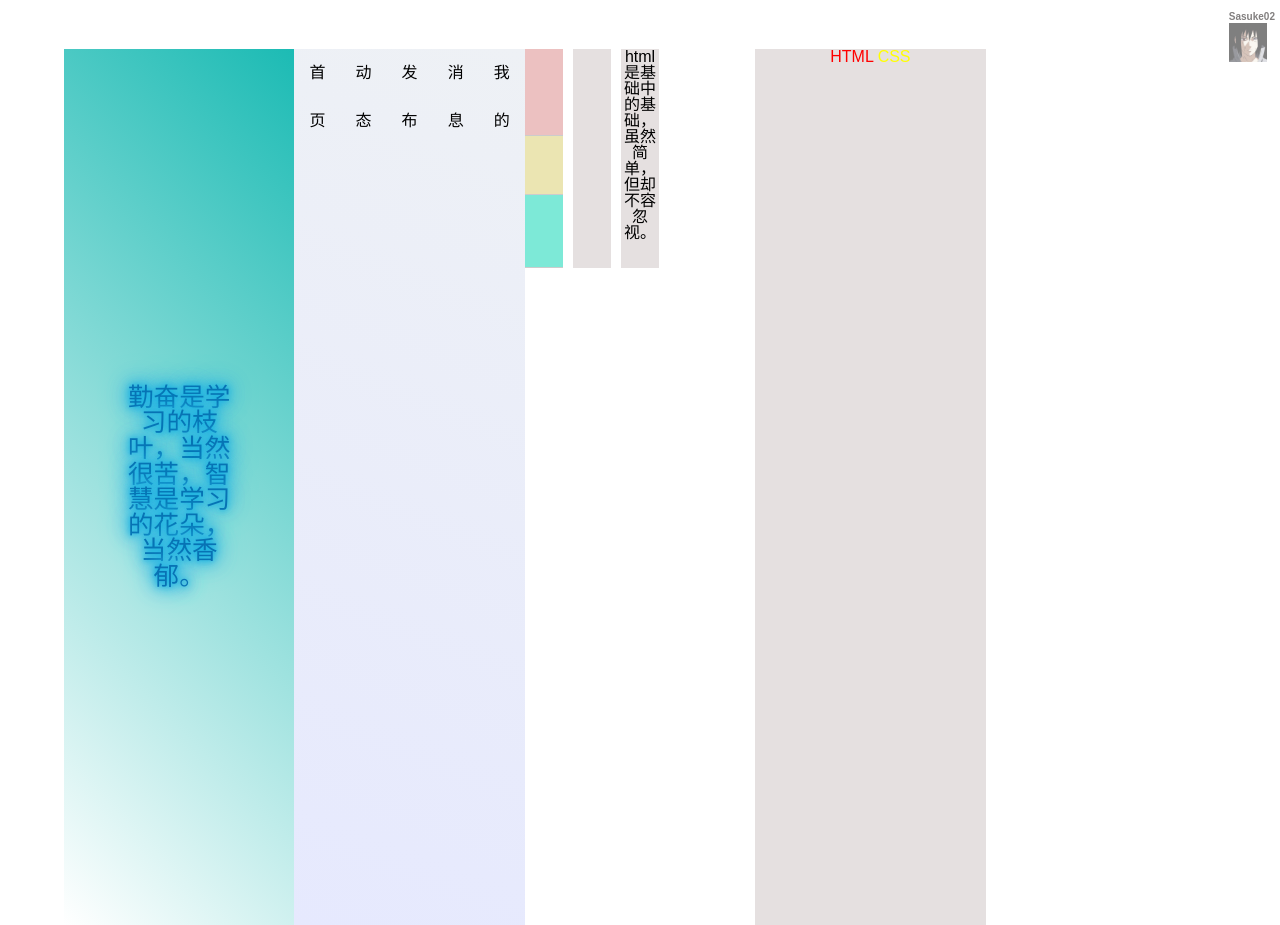
Repository: 8ecomeDreamer/personal_task
Page: labReport/project/src/html/index.html
The author's editor kept a copy of each file at every save. The page is drawn from the files as they stood at one save, then again after the next save.
The browser window is 1280 px wide. The pictures show the whole page.
The style sheet was rebuilt from its Sass, Less or Tailwind sources for each picture, by a compiler version that may differ from the author's.

Above is the page before, as saved 2022-11-29 22:57:38.

### labReport/project/src/html/index.html
<!DOCTYPE html>
<html lang="en">

<head>
    <meta charset="UTF-8">
    <meta http-equiv="X-UA-Compatible" content="IE=edge">
    <meta name="viewport" content="width=device-width, initial-scale=1.0">
    <title>index</title>
    <link rel="stylesheet" href="../css/index.css">
</head>

<body>
    <div class="wrapper">

        <header class="header gray">
            <div class="info">
                <span>Sasuke</span><span>02</span>
                <img src="../../assets/imgs/R-C.jpg">
            </div>
            <div class="text">
                <span>勤奋是学习的枝叶，当然很苦，智慧是学习的花朵，当然香郁。</span>
            </div>

        </header>
        <nav class="nav gray">
            <!-- <a class="a">HTML</a>
            <a class="a">CSS</a>
            <a class="a">HTML5</a>
            <a class="a">CSS3</a>
            <a class="a">表单与语录学习</a> -->
            <ul class="menu">
                <li class="item">
                    <a href="javascript:void(0);" class="link">
                        <i class="fa fa-home" aria-hidden="true"></i>
                        <span>首页</span>

                    </a>
                    <div class="xiala">
                        <a href="# ">语录学习</a>
                        <!-- <a href="# ">Link 2</a>
                        <a href="# ">Link 3</a> -->
                    </div>

                </li>
                <li class="item">
                    <a href="javascript:void(0);" class="link">
                        <i class="fa fa-heart" aria-hidden="true"></i>
                        <span>动态</span>
                    </a>
                </li>
                <li class="item">
                    <a href="javascript:void(0);" class="link">
                        <i class="fa fa-plus-circle" aria-hidden="true"></i>
                        <span>发布</span>
                    </a>
                </li>
                <li class="item">
                    <a href="javascript:void(0);" class="link">
                        <i class="fa fa-bell" aria-hidden="true"></i>
                        <span>消息</span>
                    </a>
                </li>
                <li class="item">
                    <a href="javascript:void(0);" class="link">
                        <i class="fa fa-user" aria-hidden="true"></i>
                        <span>我的</span>
                    </a>
                </li>
            </ul>
        </nav>
        <content class="content">
            <aside class="aside left gray">
                <ul class="ul">
                    <li class="li">
                        <div class="link basic"><i class="fa fa-paint-brush"></i>基础核心<i class="fa fa-chevron-down"></i>
                        </div>
                        <ul class="submenu">
                            <li><a href="#" class="a" onclick="switchLiText(0)">Photoshop</a></li>
                            <li><a href="#" class="a" onclick="switchLiText(1)">HTML</a></li>
                            <li><a href="#" class="a" onclick="switchLiText(2)">CSS</a></li>
                        </ul>
                    </li>
                    <li class="li">
                        <div class="link advanced"><i class="fa fa-code"></i>进阶<i class="fa fa-chevron-down"></i></div>
                        <ul class="submenu">
                            <li><a href="#" class="a" onclick="switchLiText(3)">Javascript</a></li>
                            <li><a href="#" class="a" onclick="switchLiText(4)">JQuery</a></li>
                            <!-- <li><a href="#">Frameworks javascript</a></li> -->
                        </ul>
                    </li>
                    <li class="li">
                        <div class="link reAdvanced"><i class="fa fa-mobile"></i>再进阶<i class="fa fa-chevron-down"></i>
                        </div>
                        <ul class="submenu">
                            <li><a href="#" class="a" onclick="switchLiText(5)">Vue</a></li>
                            <li><a href="#" class="a" onclick="switchLiText(6)">React</a></li>
                            <li><a href="#" class="a" onclick="switchLiText(7)">Angular</a></li>
                        </ul>
                    </li>
                </ul>
            </aside>
            <main class="main gray">
                <!-- <p class="html">HTML的全称为超文本标记语言，是一种标记语言。
                    它包括一系列标签．通过这些标签可以将网络上的文档格式统一，使分散的Internet资源连接为一个逻辑整体。HTML文本是由HTML命令组成的描述性文本，HTML命令可以说明文字，图形、动画、声音、表格、链接等。
                </p> -->
            </main>
            <aside class="aside right gray">
                <p class="p">
                    html是基础中的基础，虽然简单，但却不容忽视。
                </p>

            </aside>
        </content>
        <footer class="footer gray">
            <span style="color: red;">HTML</span>
            <span style="color: yellow;">CSS</span>
            <!-- <span></span>
            <span></span> -->

        </footer>
    </div>
</body>

</html>
<!-- 引入jquery -->
<!-- <script src="../js/jquery.min.js"></script> -->

<script>
    // 声明
    const textMap = {
        Photoshop: 'Adobe Photoshop，简称“PS”，是由Adobe Systems开发和发行的图像处理软件。Photoshop主要处理以像素所构成的数字图像。使用其众多的编修与绘图工具，可以有效地进行图片编辑和创造工作。PS 有很多功能，在图像、图形、文字、视频、出版等各方面都有涉及。',
        HTML: 'HTML的全称为超文本标记语言，是一种标记语言。它包括一系列标签．通过这些标签可以将网络上的文档格式统一，使分散的Internet资源连接为一个逻辑整体。HTML文本是由HTML命令组成的描述性文本，HTML命令可以说明文字，图形、动画、声音、表格、链接等。',
        CSS: '层叠样式表(英文全称：Cascading Style Sheets)是一种用来表现HTML（标准通用标记语言的一个应用）或XML（标准通用标记语言的一个子集）等文件样式的计算机语言。CSS不仅可以静态地修饰网页，还可以配合各种脚本语言动态地对网页各元素进行格式化。',
        Javascript: 'JavaScript（简称“JS”） 是一种具有函数优先的轻量级，解释型或即时编译型的编程语言。虽然它是作为开发Web页面的脚本语言而出名，但是它也被用到了很多非浏览器环境中，JavaScript 基于原型编程、多范式的动态脚本语言，并且支持面向对象、命令式、声明式、函数式编程范式。JavaScript在1995年由Netscape公司的Brendan Eich，在网景导航者浏览器上首次设计实现而成。因为Netscape与Sun合作，Netscape管理层希望它外观看起来像Java，因此取名为JavaScript。但实际上它的语法风格与Self及Scheme较为接近。JavaScript的标准是ECMAScript 。截至 2012 年，所有浏览器都完整的支持ECMAScript 5.1，旧版本的浏览器至少支持ECMAScript 3 标准。2015年6月17日，ECMA国际组织发布了ECMAScript的第六版，该版本正式名称为 ECMAScript 2015，但通常被称为ECMAScript 6 或者ES2015。  ',
        JQuery: 'jQuery是一个快速、简洁的JavaScript框架，是继Prototype之后又一个优秀的JavaScript代码库（框架）于2006年1月由John Resig发布。jQuery设计的宗旨是“write Less，Do More”，即倡导写更少的代码，做更多的事情。它封装JavaScript常用的功能代码，提供一种简便的JavaScript设计模式，优化HTML文档操作、事件处理、动画设计和Ajax交互。jQuery的核心特性可以总结为：具有独特的链式语法和短小清晰的多功能接口；具有高效灵活的CSS选择器，并且可对CSS选择器进行扩展；拥有便捷的插件扩展机制和丰富的插件。jQuery兼容各种主流浏览器，如IE 6.0+、FF 1.5+、Safari 2.0+、Opera 9.0+等。',
        Vue: 'Vue (发音为 /vjuː/，类似 view) 是一款用于构建用户界面的 JavaScript 框架。它基于标准 HTML、CSS 和 JavaScript 构建，并提供了一套声明式的、组件化的编程模型，帮助你高效地开发用户界面。无论是简单还是复杂的界面，Vue 都可以胜任。',
        React: 'React是用于构建用户界面的JavaScript库，起源于Facebook的内部项目，该公司对市场上所有 JavaScript MVC框架都不满意，决定自行开发一套，用于架设Instagram的网站。于2013年5月开源。',
        Angular: `本主题会帮你了解 Angular：什么是 Angular？它有哪些优势？当构建应用时它能为你提供什么帮助？

                Angular 是一个基于 TypeScript 构建的开发平台。它包括：
                一个基于组件的框架，用于构建可伸缩的 Web 应用
                一组完美集成的库，涵盖各种功能，包括路由、表单管理、客户端-服务器通信等
                一套开发工具，可帮助你开发、构建、测试和更新代码

                借助 Angular，无论单人项目还是企业级应用，你都能获得平台带来的优势。Angular 的设计目标之一就是让更新更容易，因此你可以用最小的成本升级到最新的 Angular 版本。最重要的是，Angular 的生态系统由包括 170 万名开发人员、库作者和内容创作者在内的多元团队构成。`
    }

    function switchLiText(no) {
        //  获取a标签的文本内容
        var a=document.getElementsByClassName('a')
        // console.log(a[no].text)
        //  遍历对象textMap找到键值
        let text = null
        for(const key in textMap){
            if(key === a[no].text){
                text = textMap[key]
            }
        }
        // console.log(p)


        // 创建内容插入对应区域
        var wrapper = document.getElementsByClassName('main');
        var p = document.createElement('p');
        var div = document.createElement('div');
        p.innerHTML = text
        div.appendChild(p)
        div.style.cssText="width:80%;"


        // console.log(wrapper[0].children)
        // if(wrapper[0].children.length > 1){
        //     // wrapper.parentNode.removeChild(wrapper)
        //     wrapper[0].children.pop()
        //     // wrapper[0].children.pop()
        // } else {
        //     // wrapper[0].appendChild(p)
        // }
    }

    // 调用
</script>

### labReport/project/src/css/index.less
@import url('../../assets/css/reset.less');

.wrapper {
    width: 90vw;
    height: 90vh;
    padding: 1%;
    // background: yellowgreen;
    margin: 0 auto;
    margin-top: 5vh;
    text-align: center;
    display: grid;
    grid-template-rows: repeat(10,1fr);
    grid-template-columns:  repeat(5,1fr);
    grid-row-gap: 10px;
    .gray{
        background: rgba(170, 153, 153,.3);
    }
    .header,.nav, .content, .footer{
        // width: 100%;

    }
    .header {
        grid-area: 1/1/3/6;
        position: relative;
        background: linear-gradient(45deg, white, #1cbbb4);
        .info{
            // background: black;
            opacity: .5;
            width: 3%;
            // height: 50px;
            position: fixed;
            right: 1%;
            top: 1%;
            color: rgb(7, 1, 0);
            img{
                width: 100%;
                height: 80%;
                object-fit: contain;
            }
            span{
                font-size: 10px;
                font-weight: bold;
            }
        }
        .text{
            position: absolute;
            top: 50%;
            left: 50%;
            transform: translate(-50%,-50%);
            font-size: 1.6rem;
            color: #0872b4;
            animation: shining 5s alternate infinite;
        }
    }
    .nav{
        grid-area: 3/1/4/6;
        background: linear-gradient(200deg,#eef1f5,#e6e9fe);
        .menu{
            /* 设置列表项标记的类型为空 */
            list-style: none;
            /* 弹性布局 */
            display: flex;
            /* 水平居中 */
            justify-content: space-around;
            align-items: center;
            height: 100%;
            .item{
                /* 相对定位 */
                position: relative;
                /* 设置鼠标样式为手 */
                cursor: pointer;
                /* 设置内边距 */
                padding: 0 10px;
                width: 20%;
                height: 100%;
                line-height: 3;
                /* 延迟 */
                transition: all 0.4s ease;
                .link{
                    /* block将此元素设置为块级元素 */
                    display: block;
                    /* 相对定位 */
                    position: relative;
                    width: 100%;
                    // height: 100%;
                    // height: 100px;
                    color: black;
                    /* 取消a标签下划线 */
                    text-decoration: none;
                    /* 溢出隐藏 */
                    overflow: hidden;
                    /* 延迟 */
                    transition: all 0.4s ease;
                    &:hover{
                        background-color: #a38bdb;
                    }
                    &:hover .dropdown-content{
                        // display: block;
                    }
                    // .dropdown-content {
                    //     display: none;
                    //     position: absolute;
                    //     background-color: #f9f9f9;
                    //     min-width: 160px;
                    //     box-shadow: 0px 8px 16px 0px rgba(0,0,0,0.2);
                    // }


                }
                &:hover .xiala {
                    display: block;
                }

            }
            .xiala{
                display: none;
                position: absolute;
                width: 92%;
                background-color: #f9f9f9;
                min-width: 160px;
                box-shadow: 0px 8px 16px 0px rgba(0, 0, 0, 0.2);
                z-index: 100;
                a {
                    color: black;
                    padding: 12px 16px;
                    text-decoration: none;
                    display: block;
                    &:hover {
                        background-color: #f1f1f1;
                    }
                }
            }
        }
    }
    .content{
        // display: grid;
        grid-area: 4/1/9/6;
        display: grid;
        grid-template-rows: repeat(4,1fr);
        grid-template-columns: repeat(5,1fr);
        grid-column-gap: 10px;
        .aside.left{
            grid-area: 1/1/5/2;
            overflow: hidden;
            background: transparent;
            .ul{
                .li{
                    .link {
                        cursor: pointer;
                        display: block;
                        padding: 15px 15px 15px 42px;
                        color: black;
                        font-size: 14px;
                        font-weight: 700;
                        border-bottom: 1px solid #CCC;
                        position: relative;
                        -webkit-transition: all 0.4s ease;
                        -o-transition: all 0.4s ease;
                        transition: all 0.4s ease;

                    }
                    .link:hover {
                        background: black;
                    }
                    .link.basic{
                        background: #ecc1c1;
                    }
                    .link.advanced{
                        background: #ebe5b2;
                    }
                    .link.reAdvanced{
                        background: #7de9d7;
                    }

                    .submenu {
                        display: none;
                        background: white;
                        padding: 4px;
                        font-size: 20px;
                        li{
                            margin-bottom: 10px;
                            &:hover {
                                background: #b63b4d;
                                a{
                                    &:hover{
                                        color: black;
                                        font-size: 25px;
                                        font-weight: bold;
                                    }
                                }
                            }
                        }

                    }
                    &:hover .submenu{
                        display: block;
                    }
                }
            }
        }
        .main{
            grid-area: 1/2/5/5;
            overflow: hidden;
        }
        .aside.right{
            grid-area: 1/5/5/6;
        }
    }
    .footer{
        grid-area: 9/1/11/6;
    }
}

@-webkit-keyframes shining {
    from {
        text-shadow: 0 0 10px lightblue, 0 0 20px lightblue, 0 0 30px lightblue, 0 0 40px skyblue, 0 0 50px skyblue, 0 0 60px skyblue;
    }

    to {
        text-shadow: 0 0 5px rgb(25, 176, 226), 0 0 10px rgb(25, 176, 226), 0 0 15px rgb(25, 176, 226), 0 0 20px rgb(25, 176, 226), 0 0 25px skyblue, 0 0 30px rgb(25, 176, 226);
    }
}

### labReport/project/assets/css/reset.less
html, body, div, span, applet, object, iframe,
h1, h2, h3, h4, h5, h6, p, blockquote, pre,
a, abbr, acronym, address, big, cite, code,
del, dfn, em, img, ins, kbd, q, s, samp,
small, strike, strong, sub, sup, tt, var,
b, u, i, center,
dl, dt, dd, ol, ul, li,
fieldset, form, label, legend,
table, caption, tbody, tfoot, thead, tr, th, td,
article, aside, canvas, details, embed,
figure, figcaption, footer, header, hgroup,
menu, nav, output, ruby, section, summary,
time, mark, audio, video{
  margin: 0;
  padding: 0;
  border: 0;
  font-size: 100%;
  font: inherit;
  font-weight: normal;
  vertical-align: baseline;
}
/* HTML5 display-role reset for older browsers */
article, aside, details, figcaption, figure,
footer, header, hgroup, menu, nav, section{
  display: block;
}
ol, ul, li{
  list-style: none;
}
blockquote, q{
  quotes: none;
}
blockquote:before, blockquote:after,
q:before, q:after{
  content: '';
  content: none;
}
table{
  border-collapse: collapse;
  border-spacing: 0;
}

/* custom */
a{
  color: #7e8c8d;
  text-decoration: none;
  -webkit-backface-visibility: hidden;
}
::-webkit-scrollbar{
  width: 5px;
  height: 5px;
}
::-webkit-scrollbar-track-piece{
  background-color: rgba(0, 0, 0, 0.2);
  -webkit-border-radius: 6px;
}
::-webkit-scrollbar-thumb:vertical{
  height: 5px;
  background-color: rgba(125, 125, 125, 0.7);
  -webkit-border-radius: 6px;
}
::-webkit-scrollbar-thumb:horizontal{
  width: 5px;
  background-color: rgba(125, 125, 125, 0.7);
  -webkit-border-radius: 6px;
}
html, body{
  width: 100%;
  font-family: "Arial", "Microsoft YaHei", "黑体", "宋体", "微软雅黑", sans-serif;
}
body{
  line-height: 1;
  -webkit-text-size-adjust: none;
  -webkit-tap-highlight-color: rgba(0, 0, 0, 0);
}
html{
  overflow-y: scroll;
}

/*清除浮动*/
.clearfix:before,
.clearfix:after{
  content: " ";
  display: inline-block;
  height: 0;
  clear: both;
  visibility: hidden;
}
.clearfix{
  *zoom: 1;
}

/*隐藏*/
.dn{
  display: none;
}

After the next save:
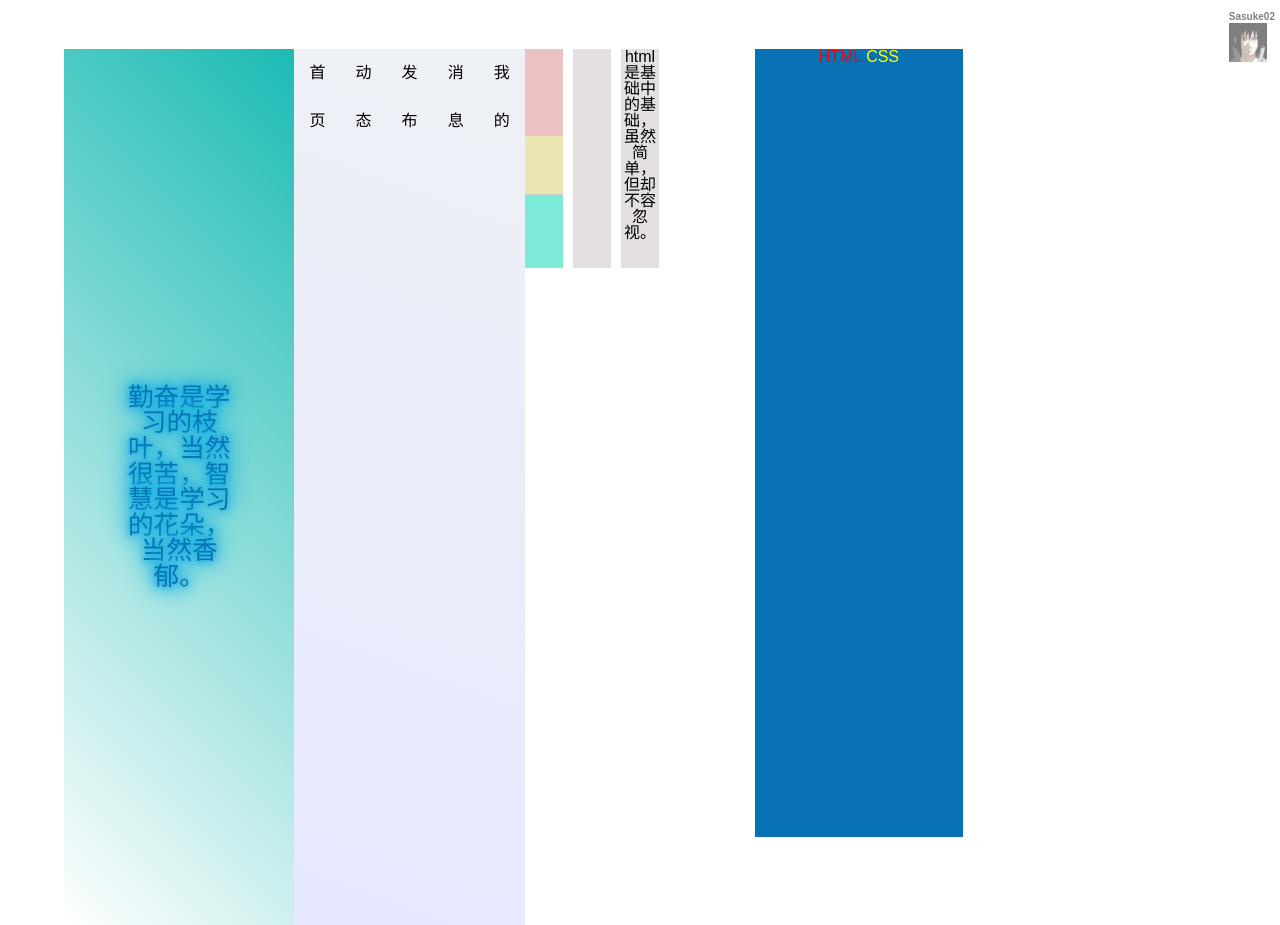
Saved 26 s later.
--- a/labReport/project/src/css/index.less
+++ b/labReport/project/src/css/index.less
@@ -208,6 +208,9 @@
     }
     .footer{
         grid-area: 9/1/11/6;
+        width: 90%;
+        height: 90%;
+        background: #0872b4;
     }
 }
 

After the save that followed:
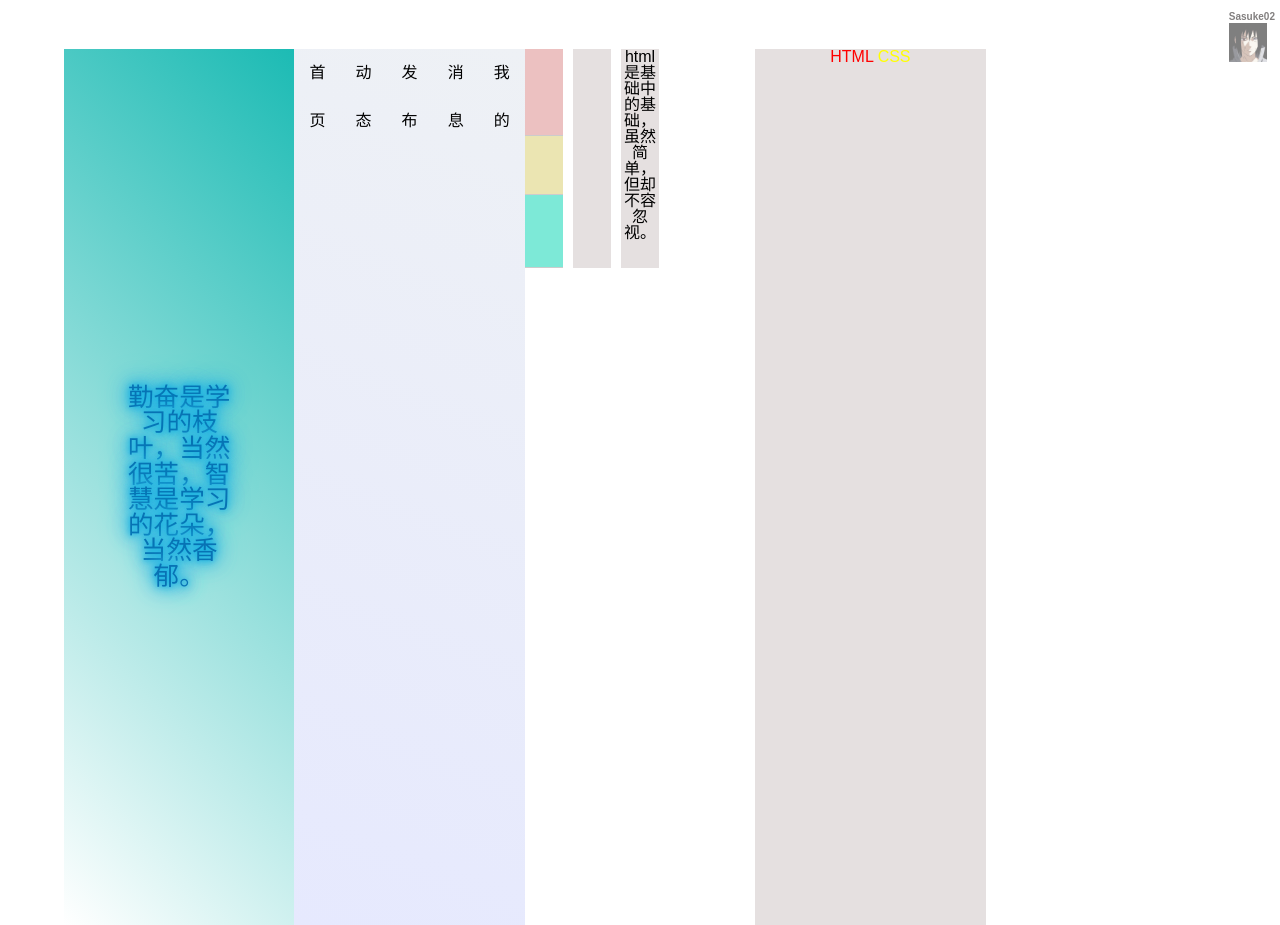
Saved 4 s later.
--- a/labReport/project/src/css/index.less
+++ b/labReport/project/src/css/index.less
@@ -208,9 +208,7 @@
     }
     .footer{
         grid-area: 9/1/11/6;
-        width: 90%;
-        height: 90%;
-        background: #0872b4;
+
     }
 }
 
